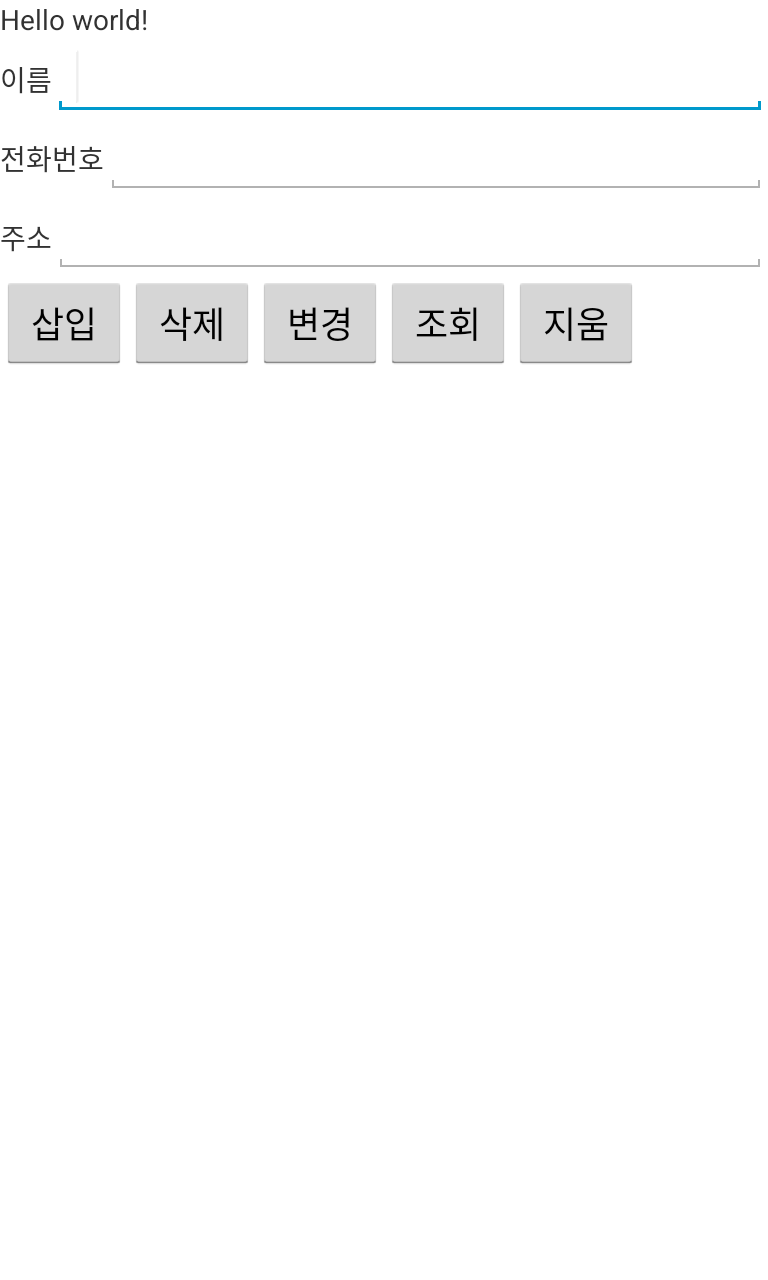
Repository: supremehappy/Android
Layout: MyFriendsBook/res/layout/activity_main.xml
These files come from the project's save history. The layout is drawn as it stood at one moment and after the next save; the edit follows.
It is drawn on a 768 x 1280 px phone screen (xhdpi) without system bars, with theme AppTheme; the app's code is not run. Lists and similar views that code fills are empty.

Above is the layout before, as saved 2017-08-28 00:45:03.

### MyFriendsBook/res/layout/activity_main.xml
<LinearLayout xmlns:android="http://schemas.android.com/apk/res/android"
    xmlns:tools="http://schemas.android.com/tools"
    android:id="@+id/LinearLayout1"
    android:layout_width="match_parent"
    android:layout_height="match_parent"
    android:orientation="vertical"
    tools:context="${relativePackage}.${activityClass}" >

    <TextView
        android:layout_width="wrap_content"
        android:layout_height="wrap_content"
        android:text="@string/hello_world" />

    <LinearLayout
        android:layout_width="match_parent"
        android:layout_height="wrap_content" >

        <TextView
            android:id="@+id/textView1"
            android:layout_width="wrap_content"
            android:layout_height="wrap_content"
            android:text="이름" />

        <EditText
            android:id="@+id/editText1"
            android:layout_width="wrap_content"
            android:layout_height="wrap_content"
            android:layout_weight="1"
            android:ems="10" >

            <requestFocus />
        </EditText>

    </LinearLayout>

    <LinearLayout
        android:layout_width="match_parent"
        android:layout_height="wrap_content" >

        <TextView
            android:id="@+id/textView2"
            android:layout_width="wrap_content"
            android:layout_height="wrap_content"
            android:text="전화번호" />

        <EditText
            android:id="@+id/editText2"
            android:layout_width="wrap_content"
            android:layout_height="wrap_content"
            android:layout_weight="1"
            android:ems="10" />

    </LinearLayout>

    <LinearLayout
        android:layout_width="match_parent"
        android:layout_height="wrap_content" >

        <TextView
            android:id="@+id/textView3"
            android:layout_width="wrap_content"
            android:layout_height="wrap_content"
            android:text="주소" />

        <EditText
            android:id="@+id/editText3"
            android:layout_width="wrap_content"
            android:layout_height="wrap_content"
            android:layout_weight="1"
            android:ems="10" />

    </LinearLayout>

    <LinearLayout
        android:layout_width="match_parent"
        android:layout_height="wrap_content" >

        <Button
            android:id="@+id/button1"
            android:layout_width="wrap_content"
            android:layout_height="wrap_content"
            android:text="삽입" />

        <Button
            android:id="@+id/button2"
            android:layout_width="wrap_content"
            android:layout_height="wrap_content"
            android:text="삭제" />

        <Button
            android:id="@+id/button3"
            android:layout_width="wrap_content"
            android:layout_height="wrap_content"
            android:text="변경" />

        <Button
            android:id="@+id/button4"
            android:layout_width="wrap_content"
            android:layout_height="wrap_content"
            android:text="조회" />

        <Button
            android:id="@+id/button5"
            android:layout_width="wrap_content"
            android:layout_height="wrap_content"
            android:text="지움" />

    </LinearLayout>

    <ListView
        android:id="@+id/listView1"
        android:layout_width="match_parent"
        android:layout_height="wrap_content" >
    </ListView>

</LinearLayout>

### MyFriendsBook/res/values/strings.xml
<?xml version="1.0" encoding="utf-8"?>
<resources>

    <string name="app_name">MyFrendsBook</string>
    <string name="hello_world">Hello world!</string>

</resources>

Loaded but not shown: MyFriendsBook/res/values/styles.xml (common file); MyFriendsBook/res/values-v11/styles.xml (common file); MyFriendsBook/res/values-v14/styles.xml (common file)

After the next save:
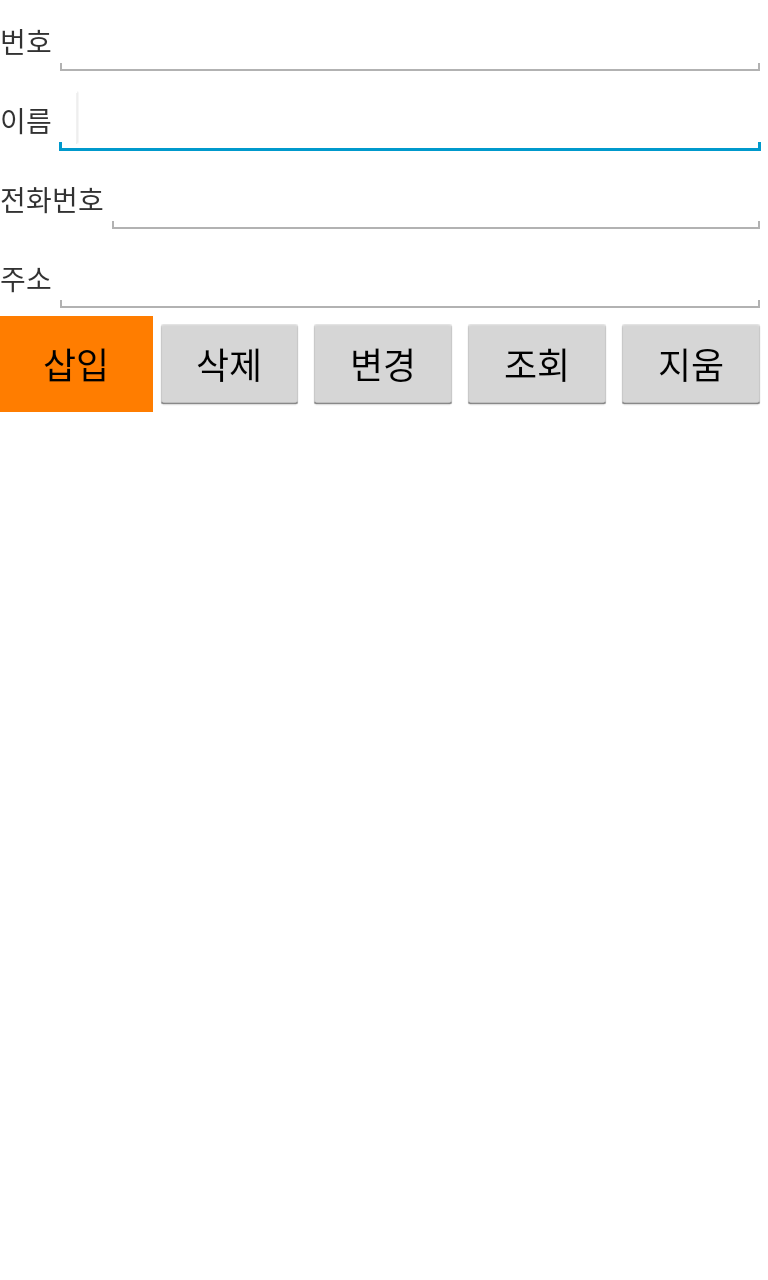
Saved 9 min 33 s later.
--- a/MyFriendsBook/res/layout/activity_main.xml
+++ b/MyFriendsBook/res/layout/activity_main.xml
@@ -6,10 +6,24 @@
     android:orientation="vertical"
     tools:context="${relativePackage}.${activityClass}" >
 
-    <TextView
-        android:layout_width="wrap_content"
-        android:layout_height="wrap_content"
-        android:text="@string/hello_world" />
+    <LinearLayout
+        android:layout_width="match_parent"
+        android:layout_height="wrap_content" >
+
+        <TextView
+            android:id="@+id/textView4"
+            android:layout_width="wrap_content"
+            android:layout_height="wrap_content"
+            android:text="번호" />
+
+        <EditText
+            android:id="@+id/editText4"
+            android:layout_width="wrap_content"
+            android:layout_height="wrap_content"
+            android:layout_weight="1"
+            android:ems="10" />
+
+    </LinearLayout>
 
     <LinearLayout
         android:layout_width="match_parent"
@@ -79,30 +93,37 @@
             android:id="@+id/button1"
             android:layout_width="wrap_content"
             android:layout_height="wrap_content"
-            android:text="삽입" />
+            android:layout_weight="1"
+            android:background="#ff7d00"
+            android:text="삽입"
+            android:textColorLink="@android:color/white" />
 
         <Button
             android:id="@+id/button2"
             android:layout_width="wrap_content"
             android:layout_height="wrap_content"
+            android:layout_weight="1"
             android:text="삭제" />
 
         <Button
             android:id="@+id/button3"
             android:layout_width="wrap_content"
             android:layout_height="wrap_content"
+            android:layout_weight="1"
             android:text="변경" />
 
         <Button
             android:id="@+id/button4"
             android:layout_width="wrap_content"
             android:layout_height="wrap_content"
+            android:layout_weight="1"
             android:text="조회" />
 
         <Button
             android:id="@+id/button5"
             android:layout_width="wrap_content"
             android:layout_height="wrap_content"
+            android:layout_weight="1"
             android:text="지움" />
 
     </LinearLayout>
